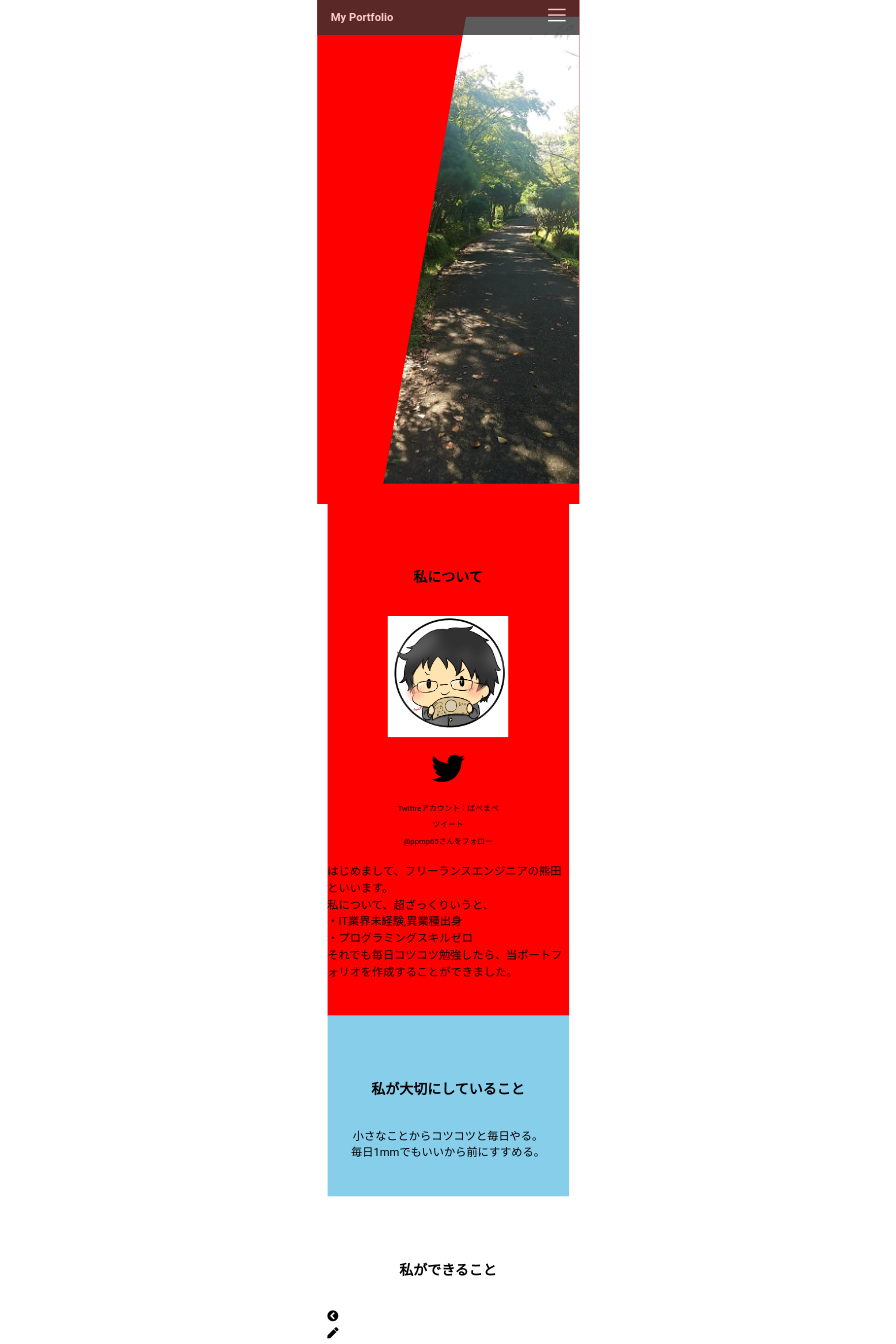
Repository: ppmp556/portfolio6
Page: index copy.html
The author's editor kept a copy of each file at every save. The page is drawn from the files as they stood at one save, then again after the next save.
The browser window is 1280 px wide. The pictures show the part of the page from y = 0 to 1920 px (the page is 3189 px tall), at 70% of full size.
Some web libraries are served in a nearby version. The style sheet was rebuilt from its Sass, Less or Tailwind sources for each picture, by a compiler version that may differ from the author's.

Above is the page before, as saved 2020-10-12 21:54:41.
Console error: TypeError: Cannot read properties of null (reading 'addEventListener')

After the next save:
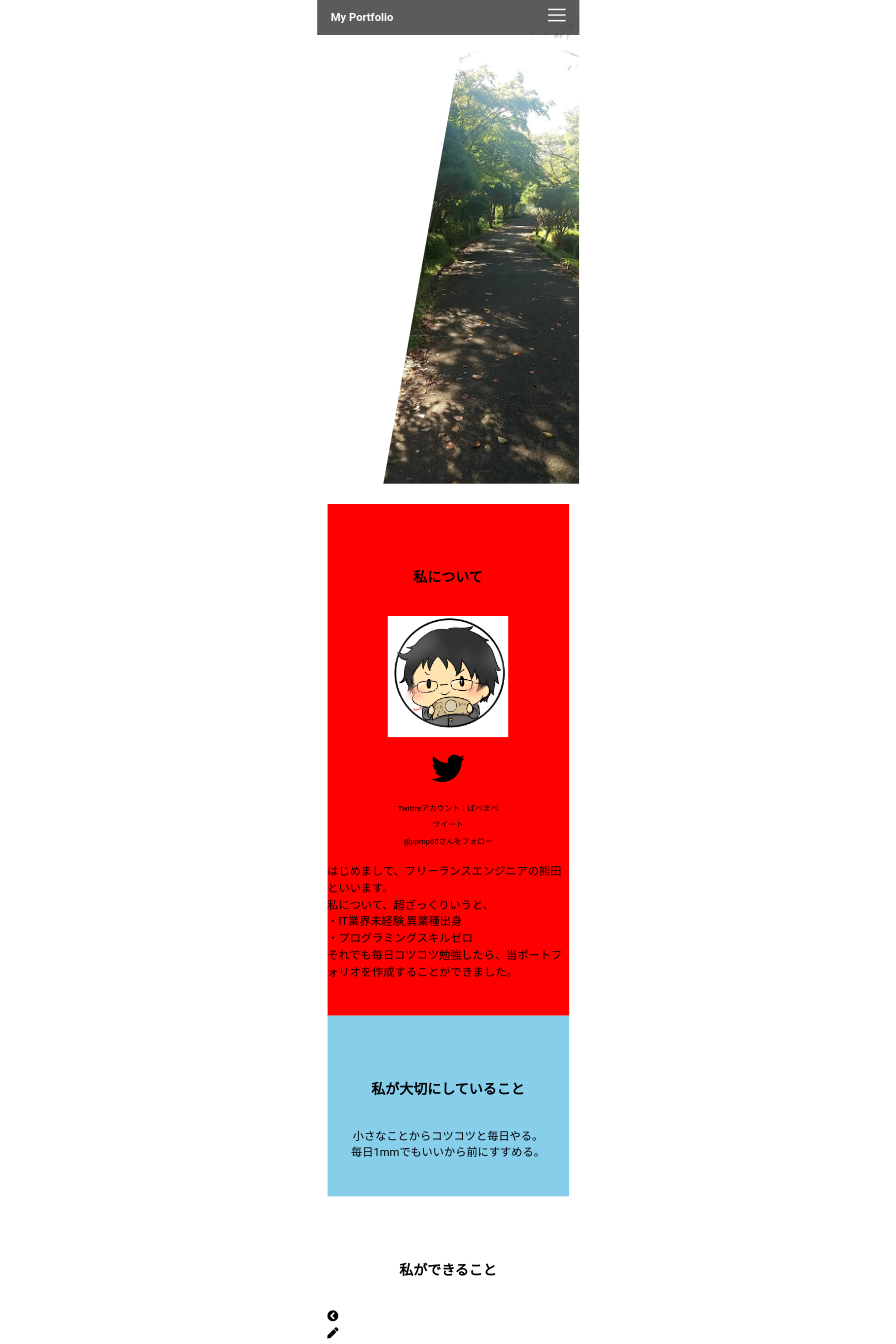
Saved 15 min 48 s later.
--- a/css/main.scss
+++ b/css/main.scss
@@ -126,8 +126,7 @@ kv
 
 .kv {
     position: relative;
-    background-color: red;
-
+    // background-color: red;
 
     &_container {
         height: 100vh;
@@ -135,6 +134,13 @@ kv
         clip-path: polygon(58% 0, 100% 0, 100% 100%, 24% 100%);
 
     }
+
+    &_txt {
+        font-size: 5rem;
+        color: $cBlack;
+    }
+
+
 
     &_img {
         width: 100%;
